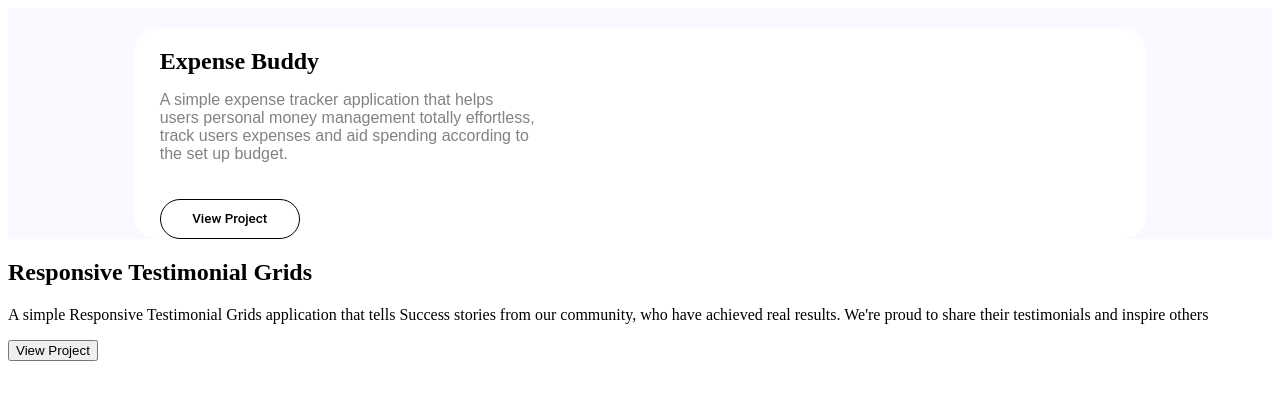
Repository: adehope1/My_Portfoilo
Page: port/assest/index2.html
These files come from the project's save history. The page is drawn as it stood at one moment and after the next save; the edit follows.
The browser window is 1280 px wide. The pictures show the whole page.

Above is the page before, as saved 2024-09-01 22:29:02.

After the next save:
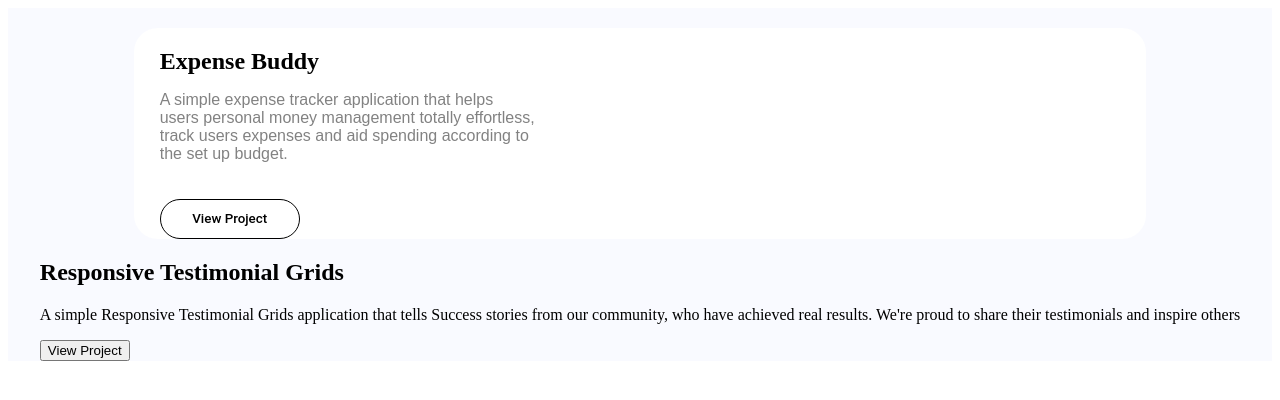
Saved 26 s later.
--- a/port/assest/index2.css
+++ b/port/assest/index2.css
@@ -107,7 +107,7 @@
     text-align: left;
 }
 
-.proCont {
+.proCont11 {
     width: 100%;
     height: 90%;
     gap: 50px;
